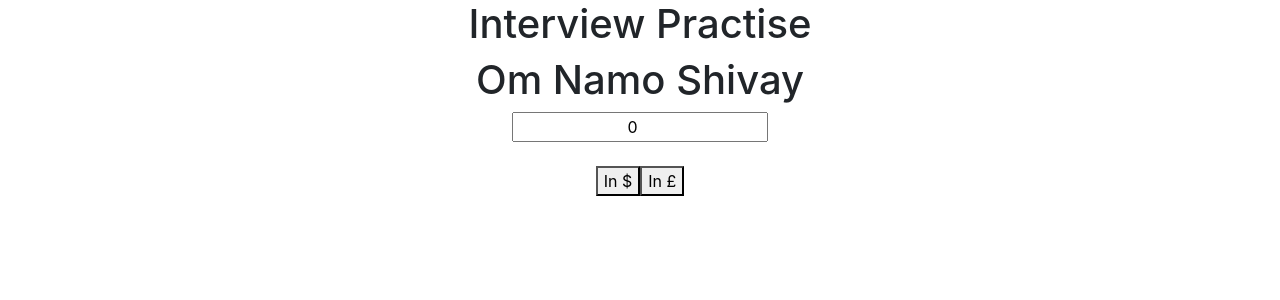
Repository: punitbathija/Machine-Round-React
Page: /
These files come from the project's save history. The page is drawn as it stood at one moment and after the next save; the edit follows.
The browser window is 1280 px wide. The pictures show the whole page.
The project was rebuilt for these pictures with package versions that can differ from the ones it lists, and the page was loaded fresh each time. Also part of the build but not shown: src/components/counter.jsx, src/components/ProgressBar.js.

Above is the page before, as saved 2023-06-01 13:19:37.

After the next save:
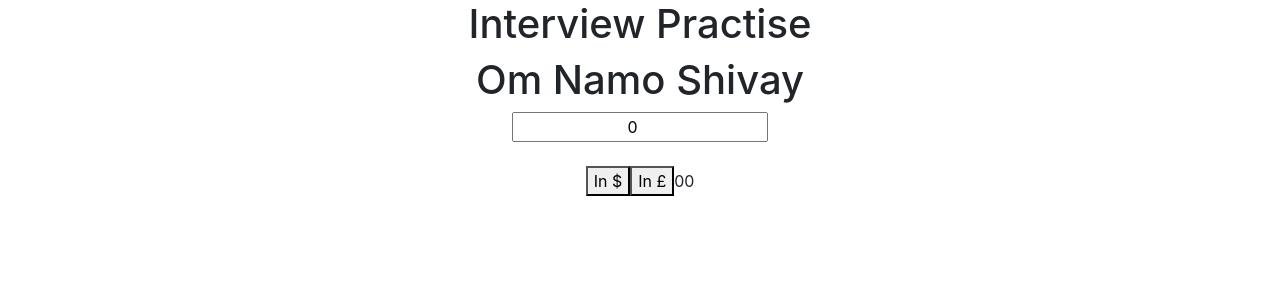
Saved 48 s later.
--- a/src/components/CurrencyCoverter.js
+++ b/src/components/CurrencyCoverter.js
@@ -26,6 +26,8 @@ const CurrencyCoverter = () => {
       <br />
       <button onClick={convertToDollar}>In $</button>
       <button onClick={convertToDollar}>In £</button>
+      {inDollars && <p>${inDollars}</p>}
+      {inPounds && <p>{inPounds}</p>}
     </div>
   );
 };
